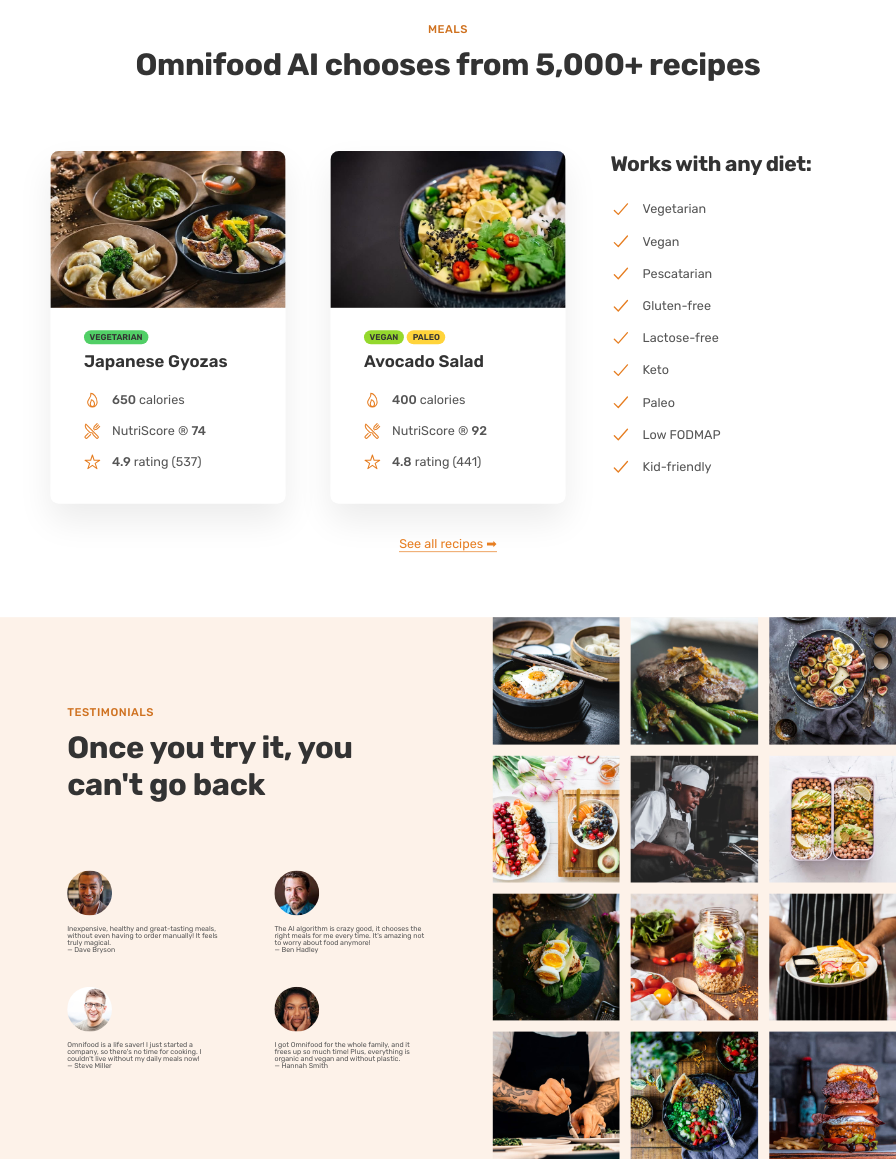
Repository: TranPhucThinh/Omnifood
Page: index.html
These files come from the project's save history. The page is drawn as it stood at one moment and after the next save; the edit follows.
The browser window is 1280 px wide. The pictures show the part of the page from y = 2714 to 4634 px (the page is 4370 px tall before and 4634 px after), at 70% of full size.

Above is the page before, as saved 2022-08-06 21:48:34.

After the next save:
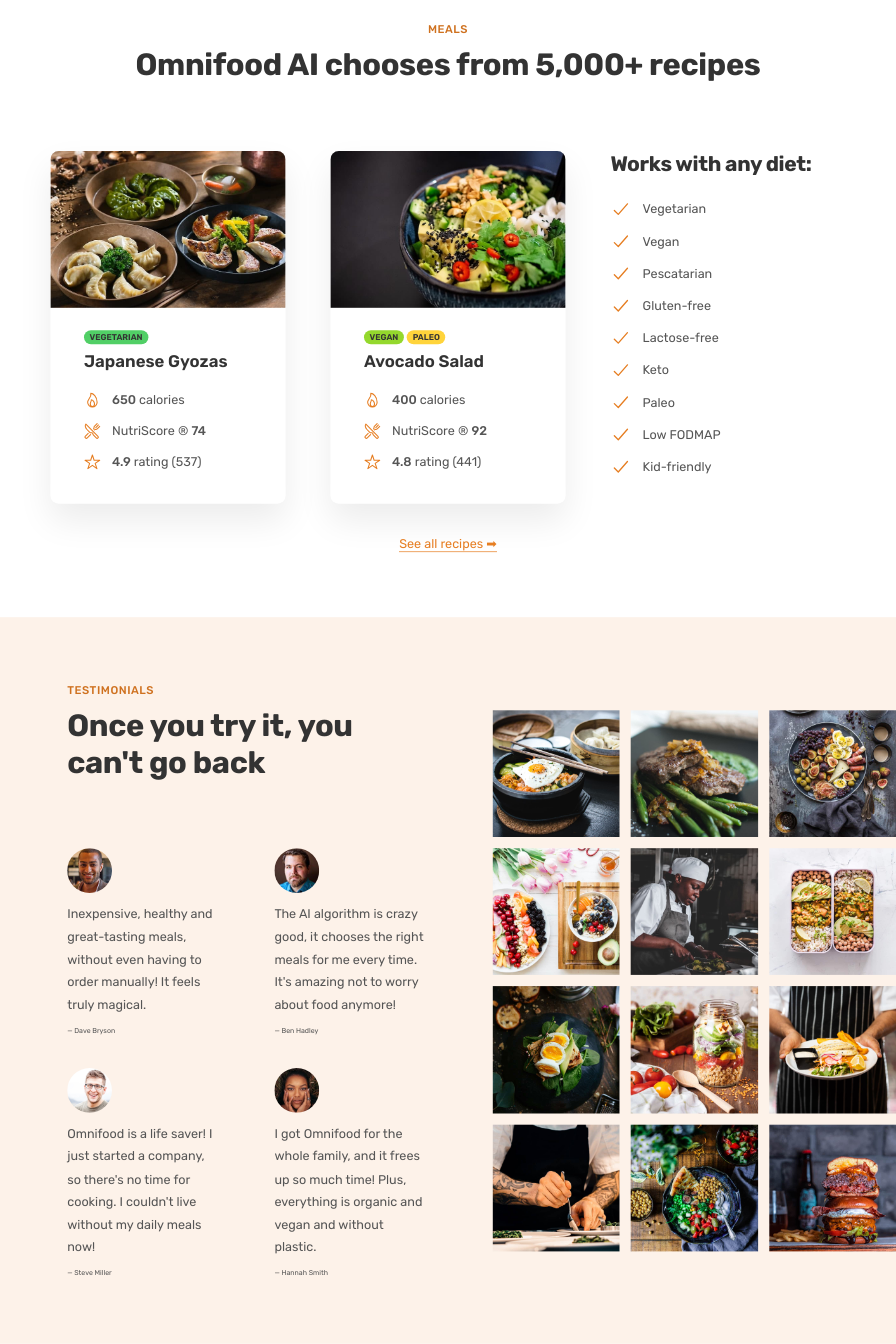
Saved 41 s later.
--- a/assets/styles/style.css
+++ b/assets/styles/style.css
@@ -321,6 +321,12 @@
   margin-bottom: 1.2rem;
 }
 
+.testimonial-text {
+  font-size: 1.8rem;
+  line-height: 1.8;
+  margin-bottom: 1.6rem;
+}
+
 .gallery {
   display: grid;
   grid-template-columns: repeat(3, 1fr);
